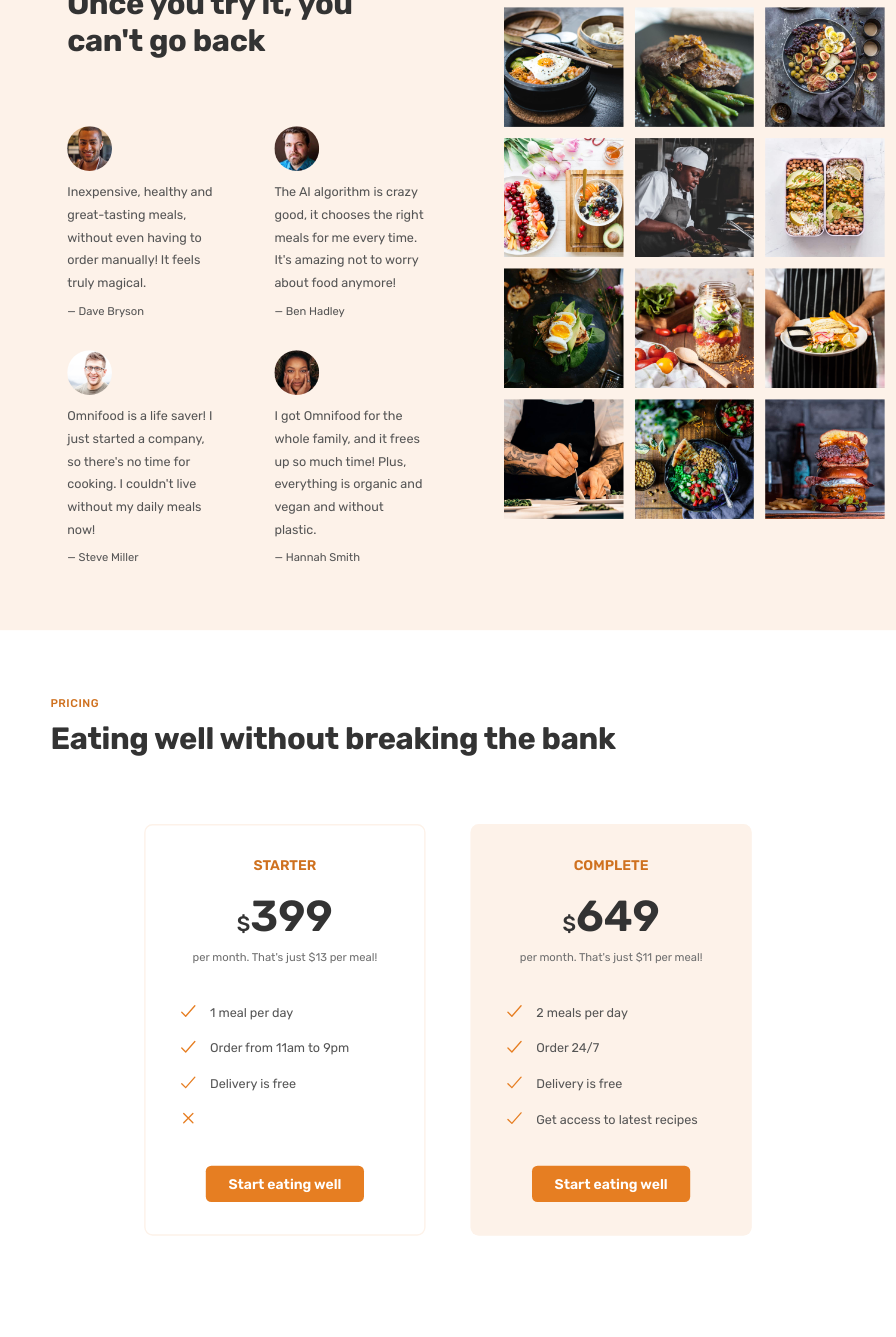
Repository: TranPhucThinh/Omnifood
Page: index.html
The author's editor kept a copy of each file at every save. The page is drawn from the files as they stood at one save, then again after the next save.
The browser window is 1280 px wide. The pictures show the part of the page from y = 3745 to 5665 px (the page is 5655 px tall before and 5665 px after), at 70% of full size.

Above is the page before, as saved 2022-08-06 23:09:53.

After the next save:
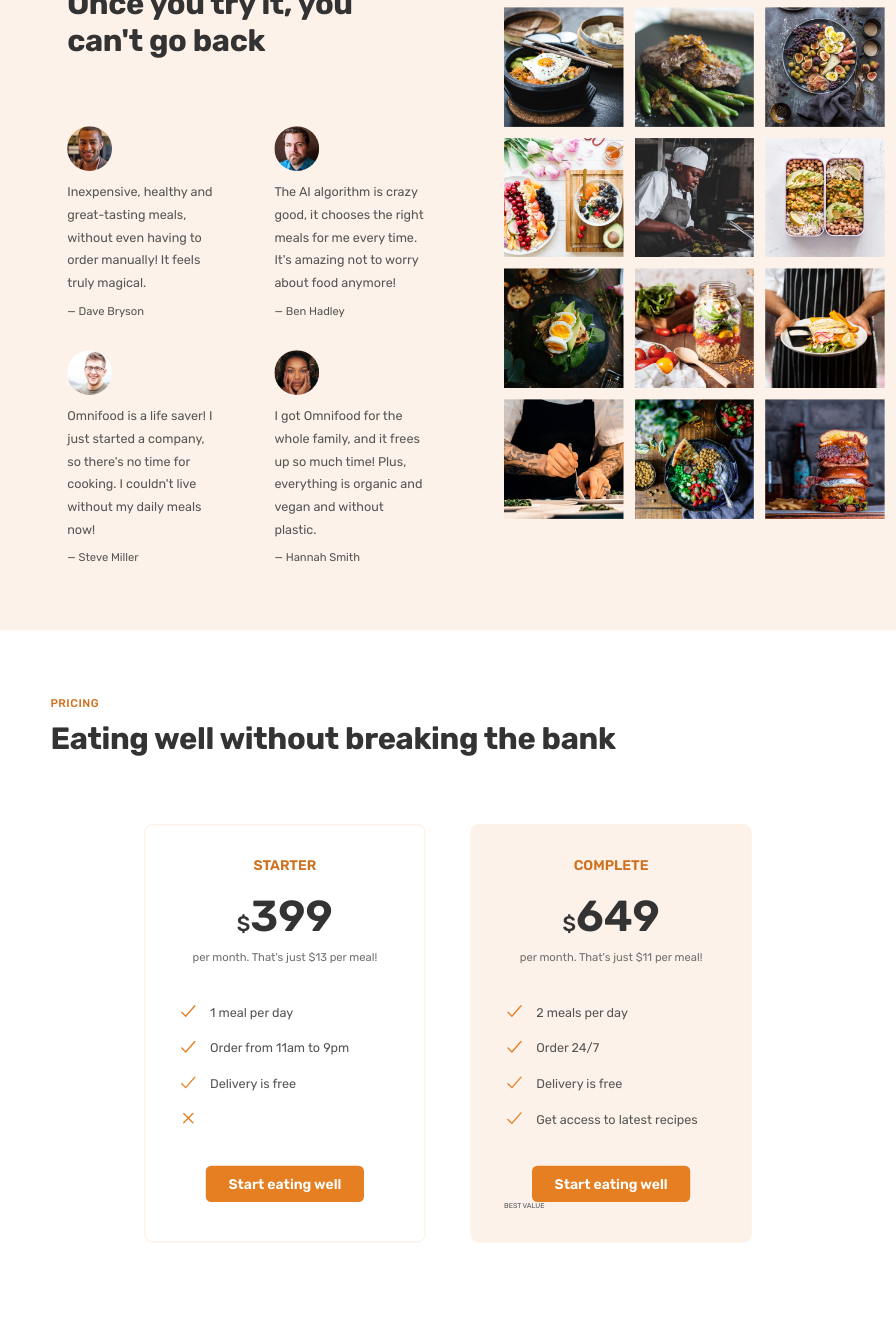
Saved 85 s later.
--- a/assets/styles/style.css
+++ b/assets/styles/style.css
@@ -376,6 +376,11 @@
   position: relative;
 }
 
+.pricing-plan--complete::after {
+  content: 'best value';
+  text-transform: uppercase;
+}
+
 .plan-header {
   text-align: center;
 }
